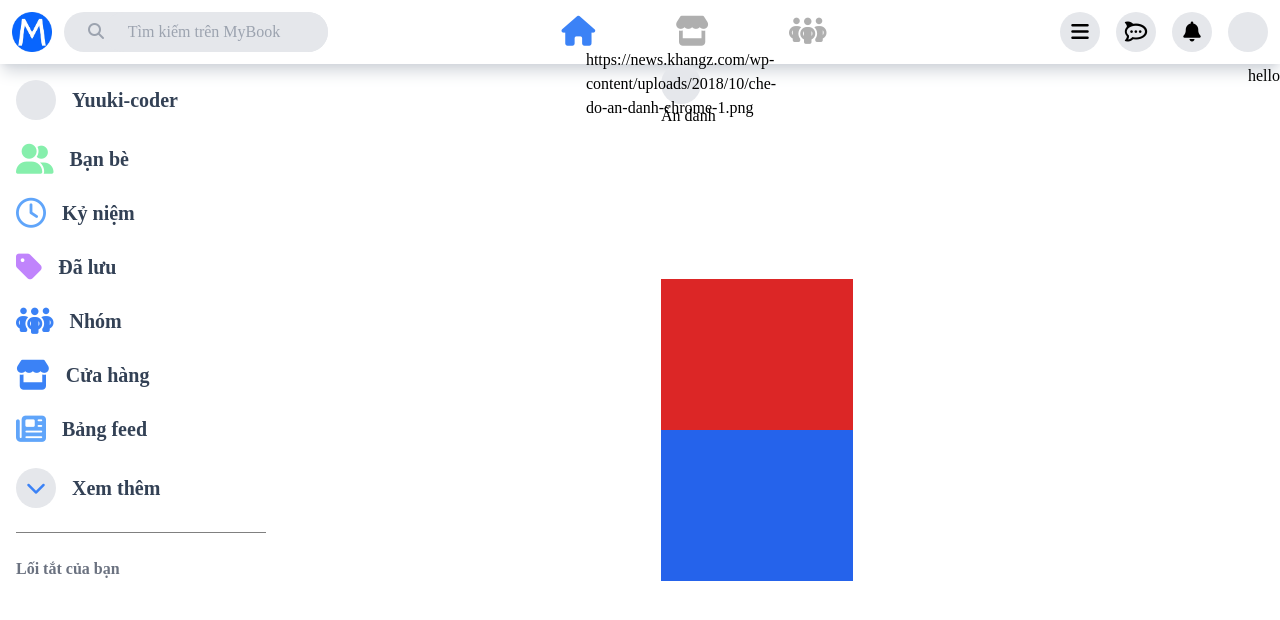
Repository: Yuukicoder/MyBook
Page: / (app in mybook/)
The author's editor kept a copy of each file at every save. The page is drawn from the files as they stood at one save, then again after a run of saves.
The browser window is 1280 px wide. The pictures show the whole page.
The project was rebuilt for these pictures with package versions that can differ from the ones it lists, and the page was loaded fresh each time.

Above is the page before, as saved 2023-12-14 09:24:47.

After the next 2 saves:
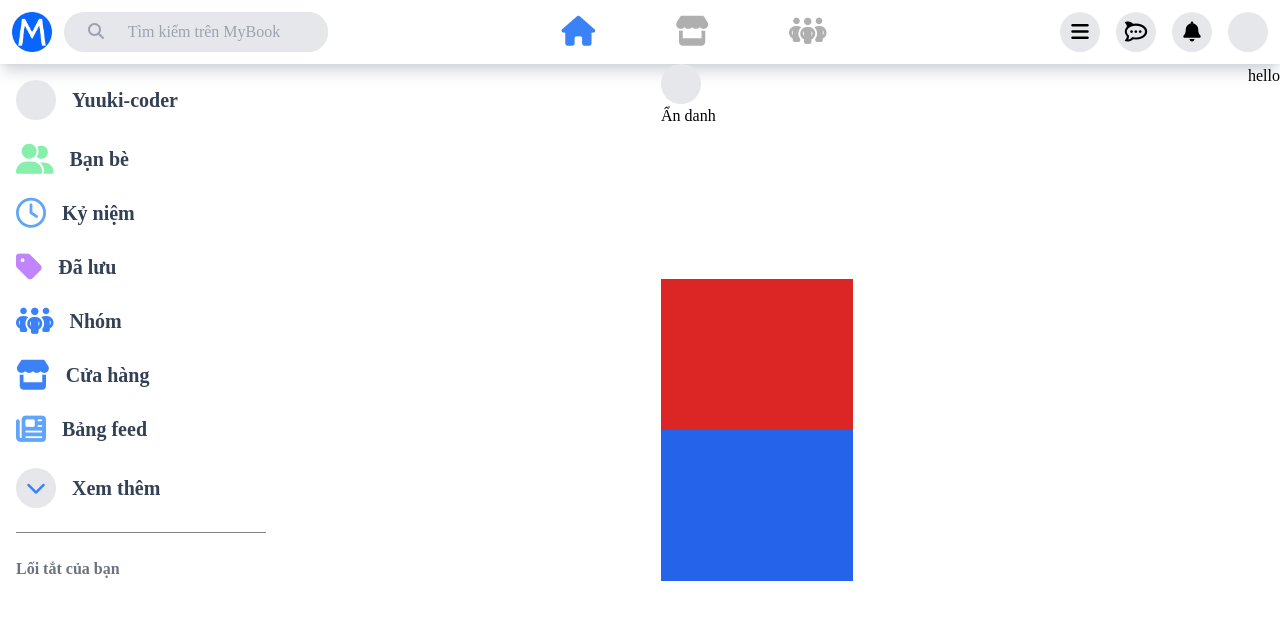
The 2 saves are shown as one change because 1 did not build or start.
The last was saved 85 s later.
--- a/mybook/src/News.js
+++ b/mybook/src/News.js
@@ -1,6 +1,6 @@
 var Story_Page = (x) => (
     <div class="">
-        <div class="avatar">{x.avatar||`https://news.khangz.com/wp-content/uploads/2018/10/che-do-an-danh-chrome-1.png`}</div>
+        <div class="avatar">{x.avatar}</div>
         <div class="author ">{x.author||"Ẩn danh"}</div>
     </div>
     )
